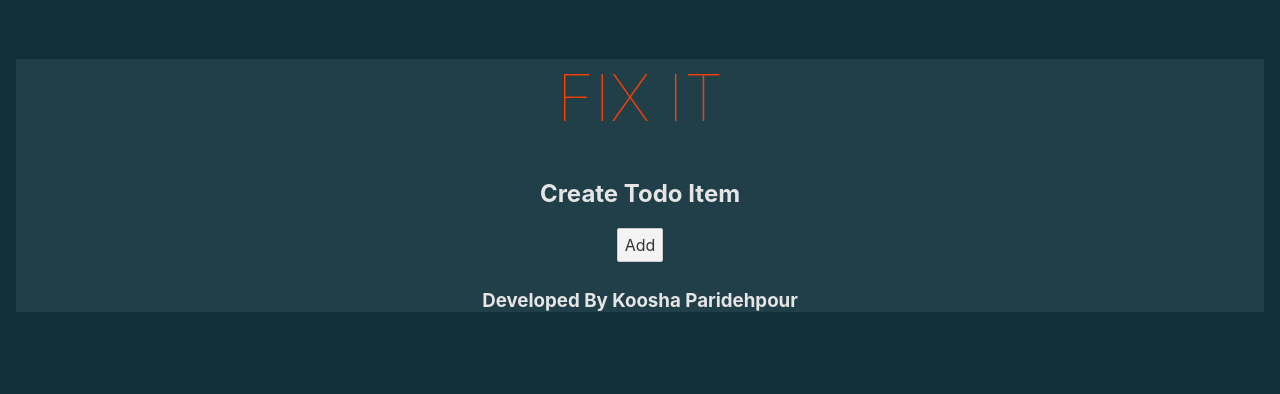
Repository: KooshaPari/fixit-go
Page: / (app in frontend/)
An editor plug-in stored every save of this project. The page is shown before and after a run of saves, followed by the edit.
The browser window is 1280 px wide. The pictures show the whole page.
The page's requests for data from a server got no answer. The project was rebuilt for these pictures with package versions that can differ from the ones it lists, and the page was loaded fresh each time. No one was signed in, and anything a server would have sent is missing.

Above is the page before, as saved 2024-09-23 23:49:25.

After the next 2 saves:
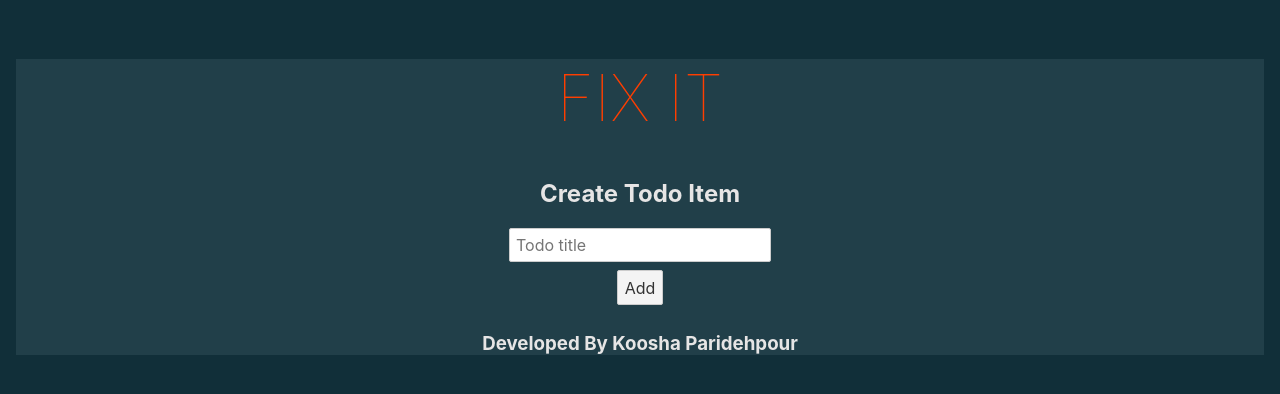
The 2 saves are shown as one change because 1 did not build or start.
The last was saved 18 s later.
--- a/frontend/src/App.svelte
+++ b/frontend/src/App.svelte
@@ -70,7 +70,9 @@
             <div id="fixItApp">
 				<div id="popupCont">
 					<h2>Create Todo Item</h2>
-					<form> </form>
+					<form>
+						<input type="text" id="todo-title" placeholder="Todo title" />
+					</form>
 				</div>
                 <div id="todoList">
 
